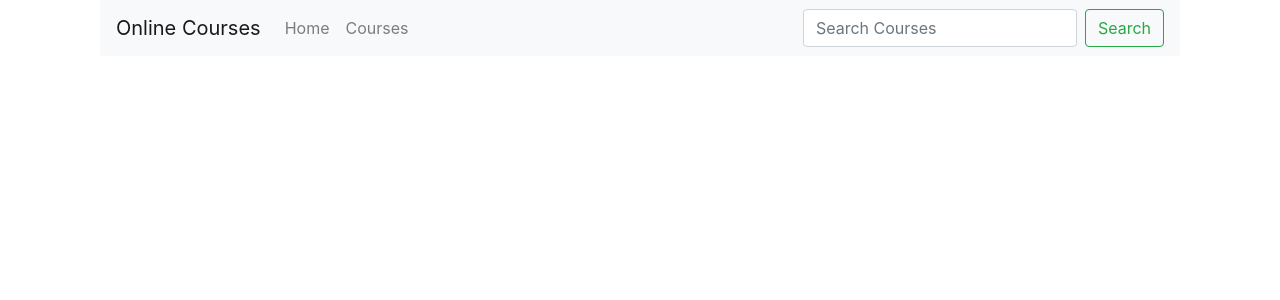
Repository: ranamahmud/online-class-react
Page: /
An editor plug-in stored every save of this project. The page is shown before and after the next save, followed by the edit.
The browser window is 1280 px wide. The pictures show the whole page.
The project was rebuilt for these pictures with package versions that can differ from the ones it lists, and the page was loaded fresh each time. Also part of the build but not shown: src/App.css.

Above is the page before, as saved 2020-08-27 20:56:40.

After the next save:
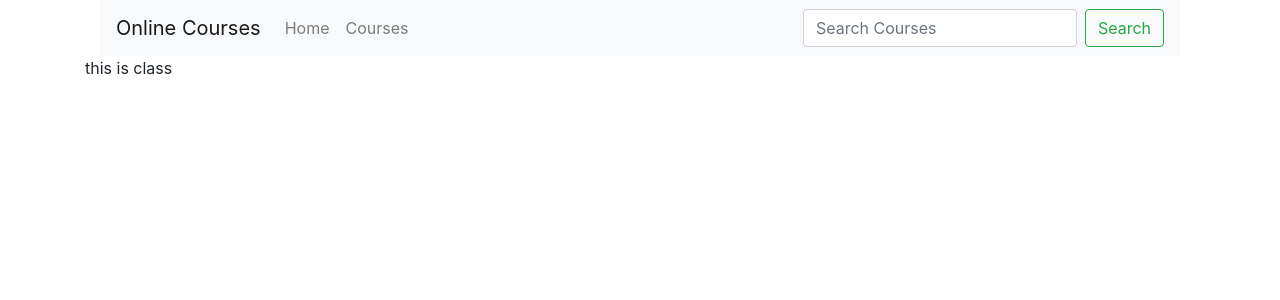
Saved 8 s later.
--- a/src/Component/Class/Class.js
+++ b/src/Component/Class/Class.js
@@ -4,7 +4,7 @@ import { React } from 'react';
 const Class = () => {
   return (
     <div>
-
+      this is class
     </div>
   );
 };

After the save that followed:
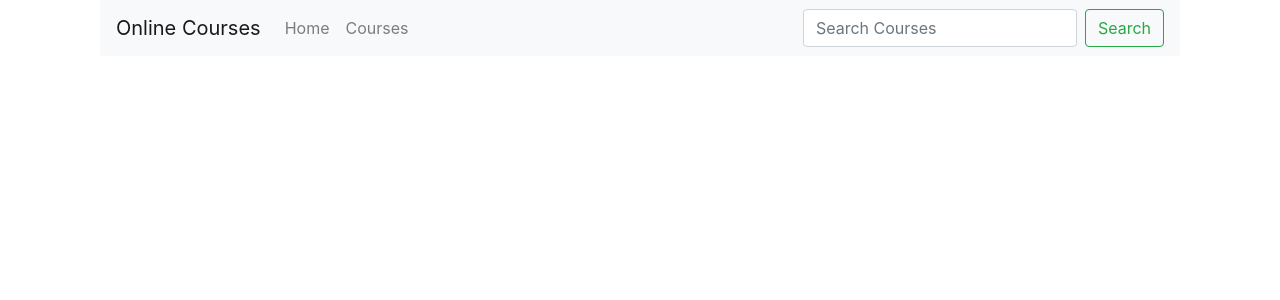
Saved 11 s later.
--- a/src/App.js
+++ b/src/App.js
@@ -8,7 +8,7 @@ function App() {
   return (
     <Container>
       <Header></Header>
-      <Class></Class>
+      {/* <Class></Class> */}
     </Container>
   );
 }
